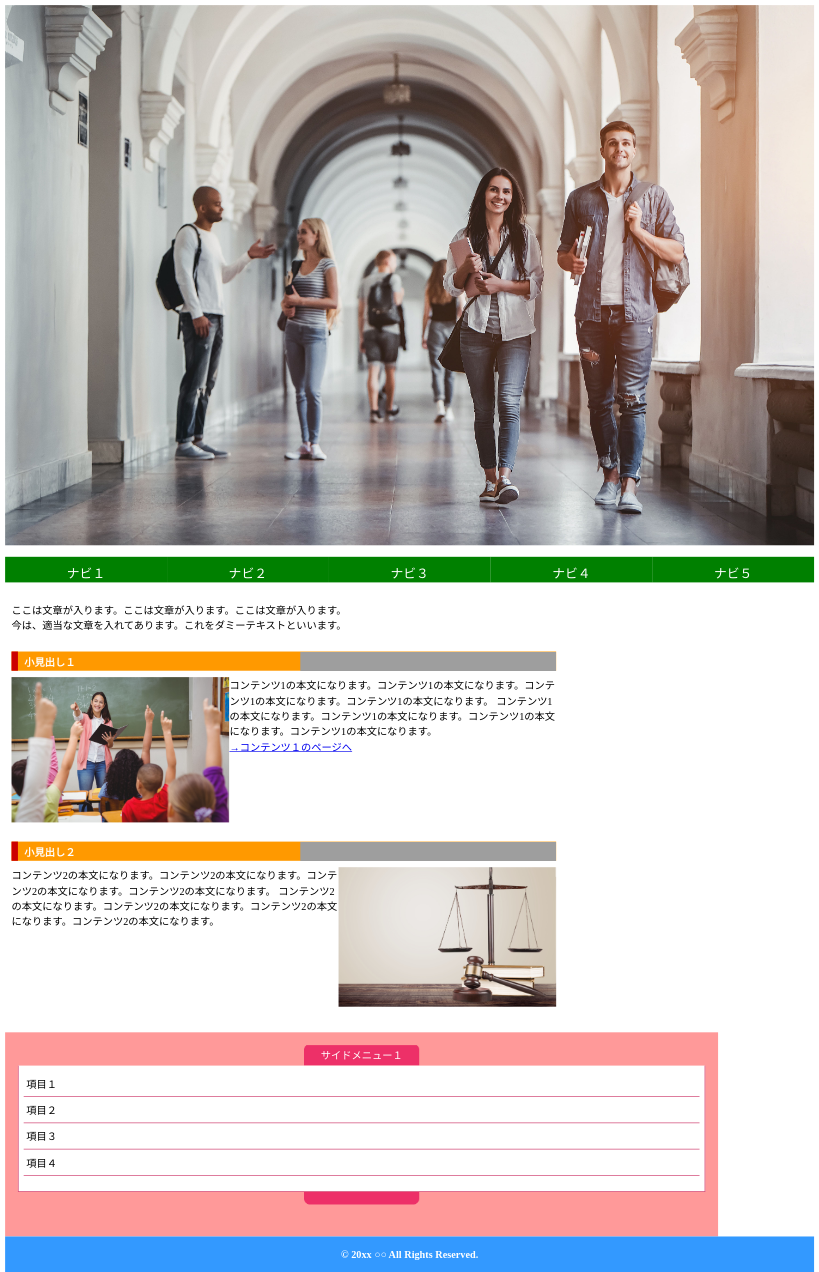
Repository: Kent-4/samurai_HTML-CSS
Page: home.html
The author's editor kept a record of every edit. The page is drawn from the files as they stood at one moment, then again after the next edit.
The browser window is 1280 px wide. The pictures show the whole page, at 64% of full size.
Pictures or frames that could not be fetched are drawn as grey boxes.

Above is the page before.

After the next edit:
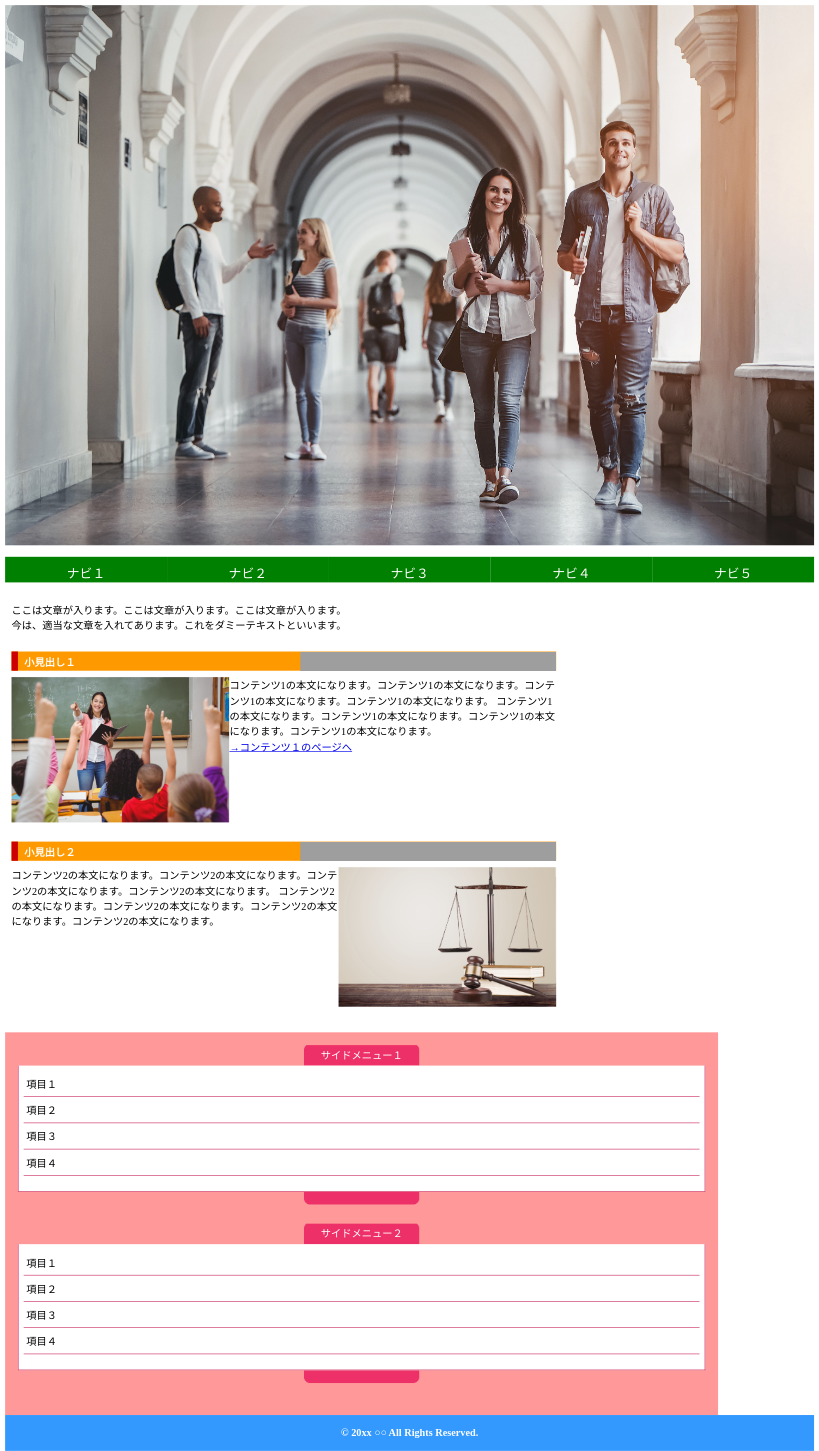
The edit:
--- a/home.html
+++ b/home.html
@@ -53,6 +53,17 @@
                  </ul>
              </div>
          </div>
+         <div class="box">
+             <h2>サイドメニュー２</h2>
+             <div class="boxBody">
+                 <ul>
+                     <li>項目１</li>
+                     <li>項目２</li>
+                     <li>項目３</li>
+                     <li>項目４</li>
+                 </ul>
+             </div>
+         </div>
      </div>
      <div id="footer">
          <p>&copy; 20xx ○○ All Rights Reserved.</p>
